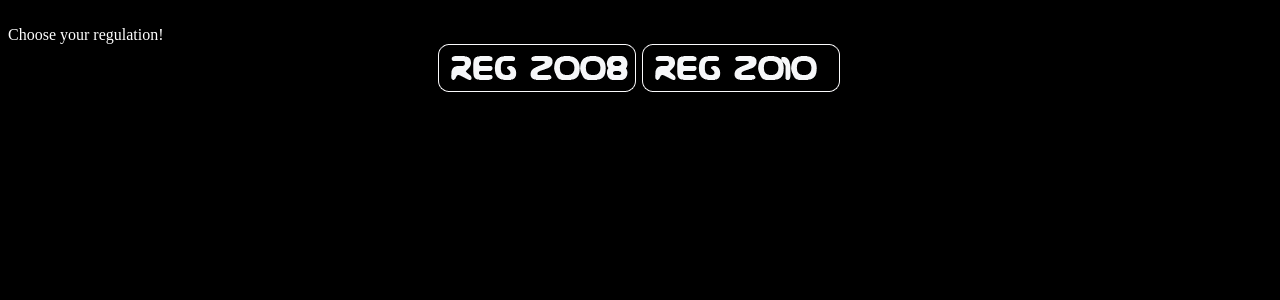
Repository: vigineshs/Mobile-Applications
Page: AnnaUniv GPA Calc/AnnaUniv GPA Calculator Updated/assets/www/eee.html
The author's editor kept a copy of each file at every save. The page is drawn from the files as they stood at one save, then again after the next save.
The browser window is 1280 px wide. The pictures show the whole page.

Above is the page before, as saved 2012-05-06 04:16:04.

### AnnaUniv GPA Calc/AnnaUniv GPA Calculator Updated/assets/www/eee.html
<!DOCTYPE HTML>
<html>
<head>
<title>GPA</title>
<script type="text/javascript" charset="utf-8" src="/AnnaUniv GPA Calculator/assets/www/cordova-1.7.0.js"></script>

</head>
<body style="background-color:black; color:white" >
<br />Choose your regulation! <br /> <center>
<a href="reg08ee.html" onmouseover="document.cont.src='reg08.png'" onclick="document.cont.src='reg08.png'" onMouseOut="document.cont.src='reg081.png'" ><img src="reg081.png" name="cont" border="0" /></a>
<a href="reg08ee.html" onmouseover="document.conta.src='reg10.png'" onclick="document.conta.src='reg10.png'" onMouseOut="document.conta.src='reg101.png'" ><img src="reg101.png" name="conta" border="0" /></a>
</center></body>
</html>

Loaded but not shown: AnnaUniv GPA Calc/AnnaUniv GPA Calculator Updated/assets/www/cordova-1.7.0.js (library)

After the next save:
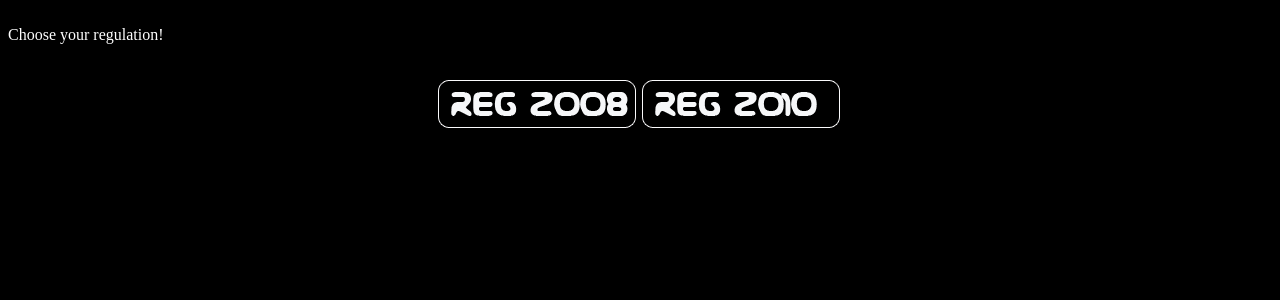
Saved 5 s later.
--- a/AnnaUniv GPA Calc/AnnaUniv GPA Calculator Updated/assets/www/eee.html
+++ b/AnnaUniv GPA Calc/AnnaUniv GPA Calculator Updated/assets/www/eee.html
@@ -6,7 +6,7 @@
 
 </head>
 <body style="background-color:black; color:white" >
-<br />Choose your regulation! <br /> <center>
+<br />Choose your regulation! <br /><br /><br /> <center>
 <a href="reg08ee.html" onmouseover="document.cont.src='reg08.png'" onclick="document.cont.src='reg08.png'" onMouseOut="document.cont.src='reg081.png'" ><img src="reg081.png" name="cont" border="0" /></a>
 <a href="reg08ee.html" onmouseover="document.conta.src='reg10.png'" onclick="document.conta.src='reg10.png'" onMouseOut="document.conta.src='reg101.png'" ><img src="reg101.png" name="conta" border="0" /></a>
 </center></body>
